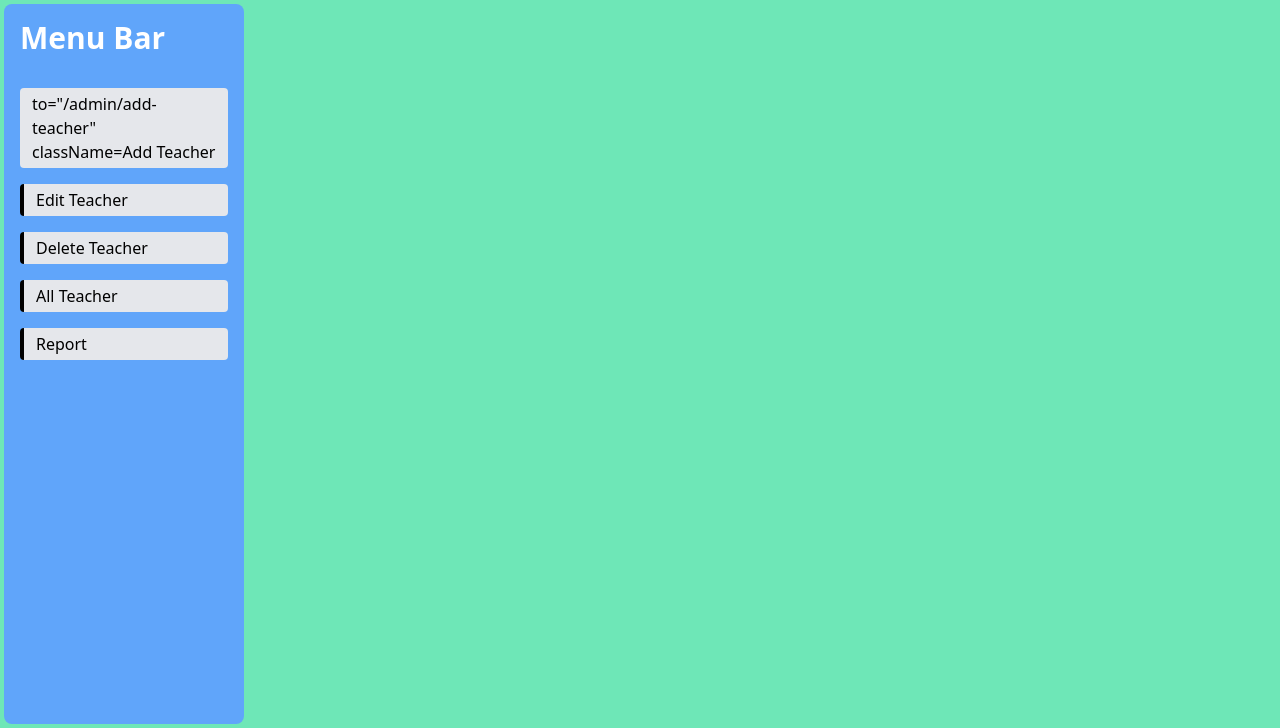
Repository: Haseeb467/Faculty-Online-data
Page: /SideBar
The author's editor kept a copy of each file at every save. The page is drawn from the files as they stood at one save, then again after a run of saves.
The browser window is 1280 px wide. The pictures show the whole page.
The project was rebuilt for these pictures with package versions that can differ from the ones it lists, and the page was loaded fresh each time. Also part of the build but not shown: vite.config.ts, src/Admin/EditTeacher/EditTeacher.tsx, src/Pages/mainPage/MainPageItems.tsx, src/Components/Loader.css, src/Components/Hourglass.tsx, src/Components/NavBar.tsx, src/Components/AdminLayout.tsx, src/Admin/AddTeacher/AddTeacher.tsx and 15 more.

Above is the page before, as saved 2024-12-25 22:31:42.

After the next 2 saves:
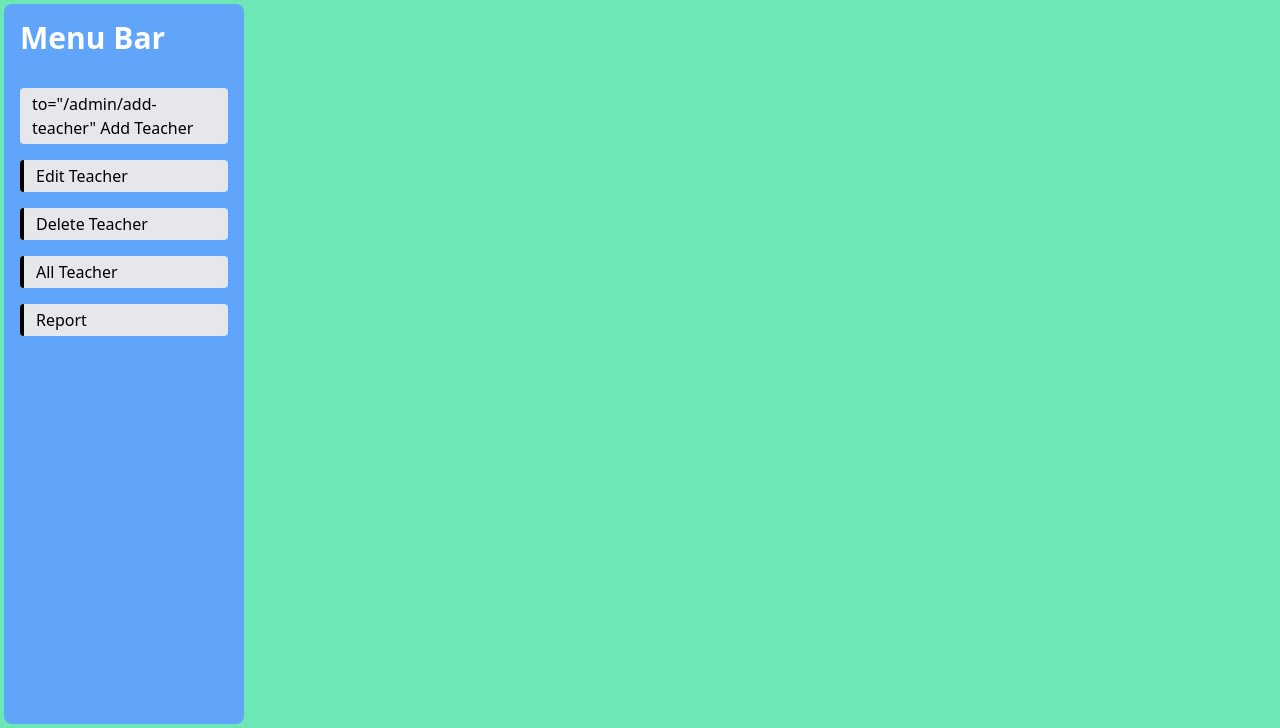
The 2 saves are shown as one change because they came seconds apart.
The last was saved 10 s later.
--- a/src/Components/Sidebar.tsx
+++ b/src/Components/Sidebar.tsx
@@ -13,13 +13,13 @@ const SideBar = () => {
             <div className="link ">
                 <nav className="mt-8">
                     <ul className="space-y-4">
-                        <NavLink
+                        <NavLink className={({ isActive }) =>
+                            ` ${isActive ? " bg-gray-100 " : ""}`
+                        }
                         >
                         <li className="cursor-pointer py-1 px-3 border-1-4 border-black rounded bg-gray-200 text-black hover:bg-gray-100">
                                 to="/admin/add-teacher"
-                                className={({ isActive }) =>
-                                    ` ${isActive ? " bg-gray-100 " : ""}`
-                                }
+
                                 Add Teacher
                         </li>
                             </NavLink>
